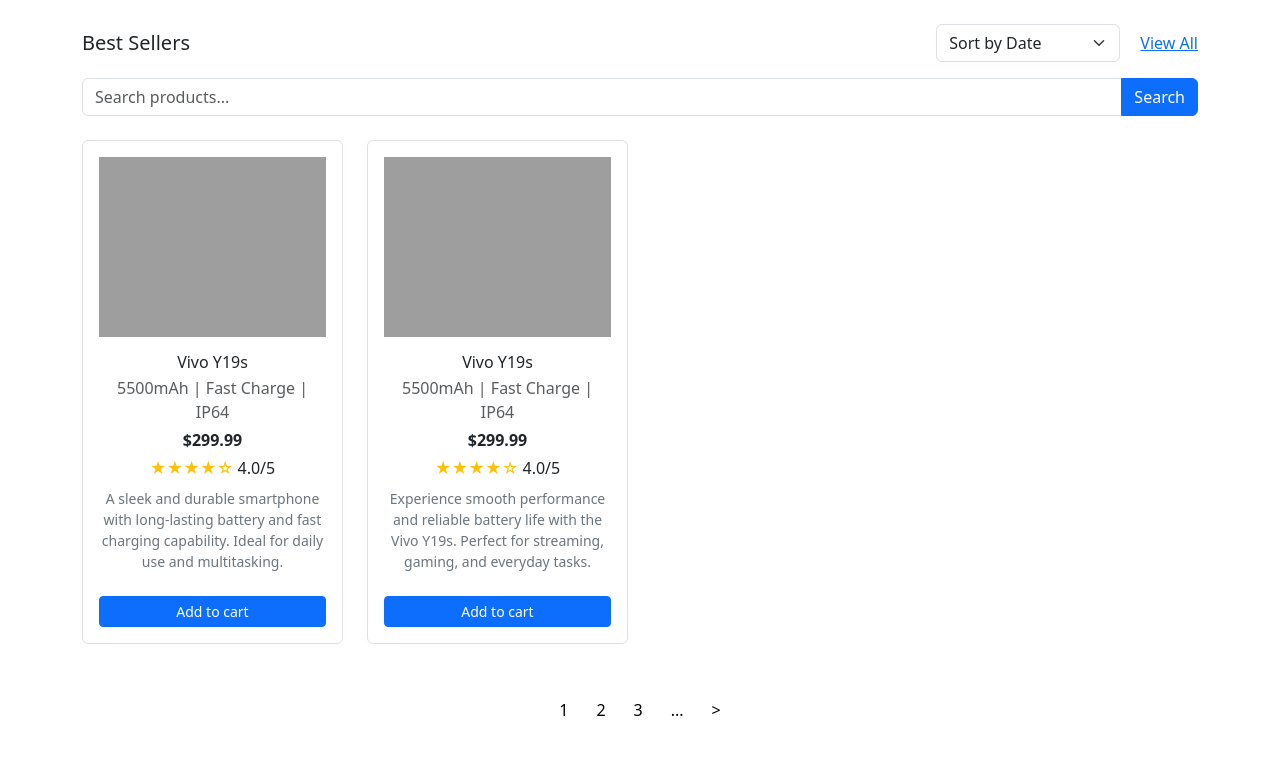
Repository: Darkrepo23/Ecommerce-Manalastas-project
Page: index.html
These files come from the project's save history. The page is drawn as it stood at one moment and after the next save; the edit follows.
The browser window is 1280 px wide. The pictures show the part of the page from y = 470 to 1246 px (the page is 1883 px tall).
Pictures or frames that could not be fetched are drawn as grey boxes. Some web libraries are served in a nearby version.

Above is the page before, as saved 2026-01-06 10:39:15.

After the next save:
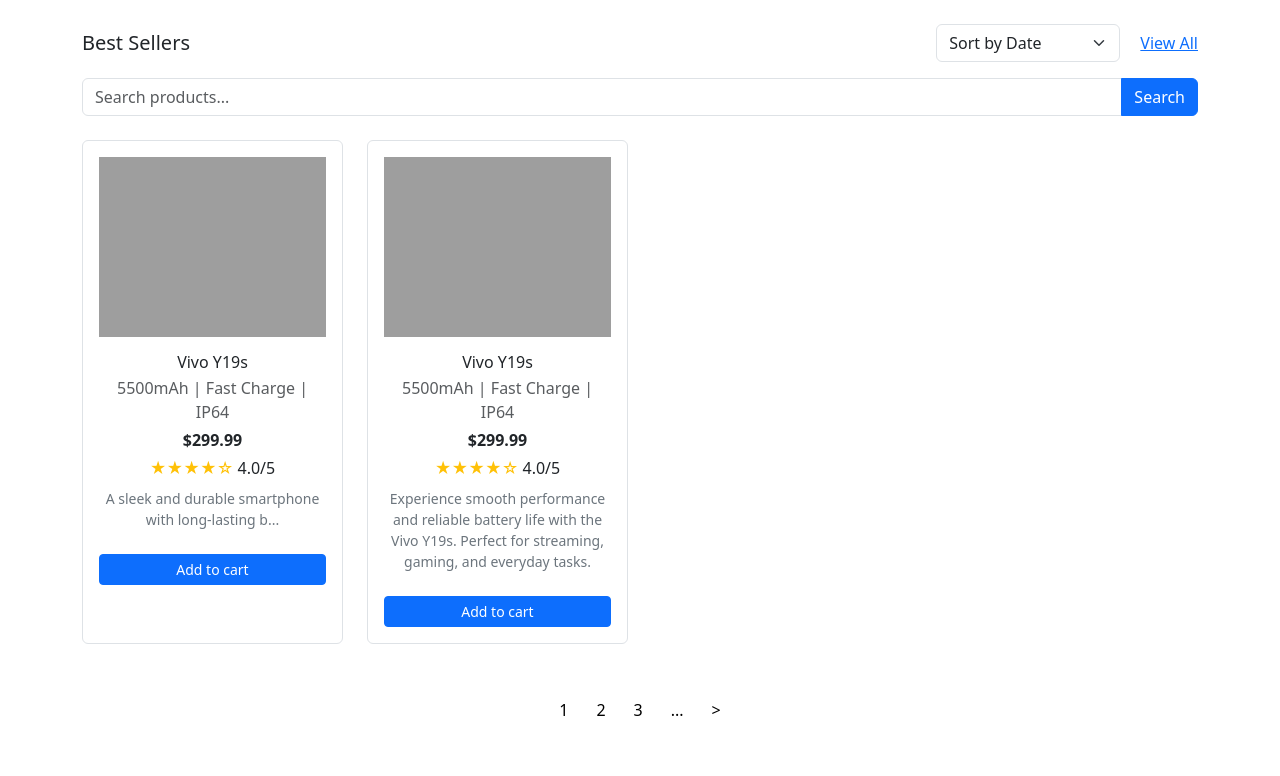
Saved 37 s later.
--- a/index.html
+++ b/index.html
@@ -395,7 +395,8 @@
                     <div class="mb-2">
                         <span class="text-warning">&#9733;&#9733;&#9733;&#9733;&#9734;</span> 4.0/5
                     </div>
-                    <p class="small text-secondary" id="specs">A sleek and durable smartphone with long-lasting battery and fast
+                    <p class="small text-secondary" id="specs">A sleek and durable smartphone with long-lasting battery
+                        and fast
                         charging capability. Ideal for daily use and multitasking.</p>
                     <button class="btn btn-primary btn-sm mt-2 w-100">Add to cart</button>
                 </div>
@@ -464,21 +465,21 @@
     </footer>
     <!-- Bootstrap JS and Popper.js (required for dropdowns) -->
     <script>
- document.addEventListener("DOMContentLoaded", function() {
-    function truncateParagraph(pId, maxLength = 360) {
-      const p = document.getElementById(pId);
-      if (!p) return;
-
-      // Remove extra whitespace and truncate
-      const text = p.textContent.trim();
-      if (text.length > maxLength) {
-        p.textContent = text.slice(0, maxLength) + '...';
-      }
-    }
-
-    // Call the function
-    truncateParagraph('specs');
-  });
+        document.addEventListener("DOMContentLoaded", function () {
+            function truncateParagraph(pId, maxLength = 50) {
+                const p = document.getElementById(pId);
+                if (!p) return;
+
+                // Remove extra whitespace and truncate
+                const text = p.textContent.trim();
+                if (text.length > maxLength) {
+                    p.textContent = text.slice(0, maxLength) + '...';
+                }
+            }
+
+            // Call the function
+            truncateParagraph('specs');
+        });
 
     </script>
     <script src="https://code.jquery.com/jquery-3.5.1.slim.min.js"></script>
